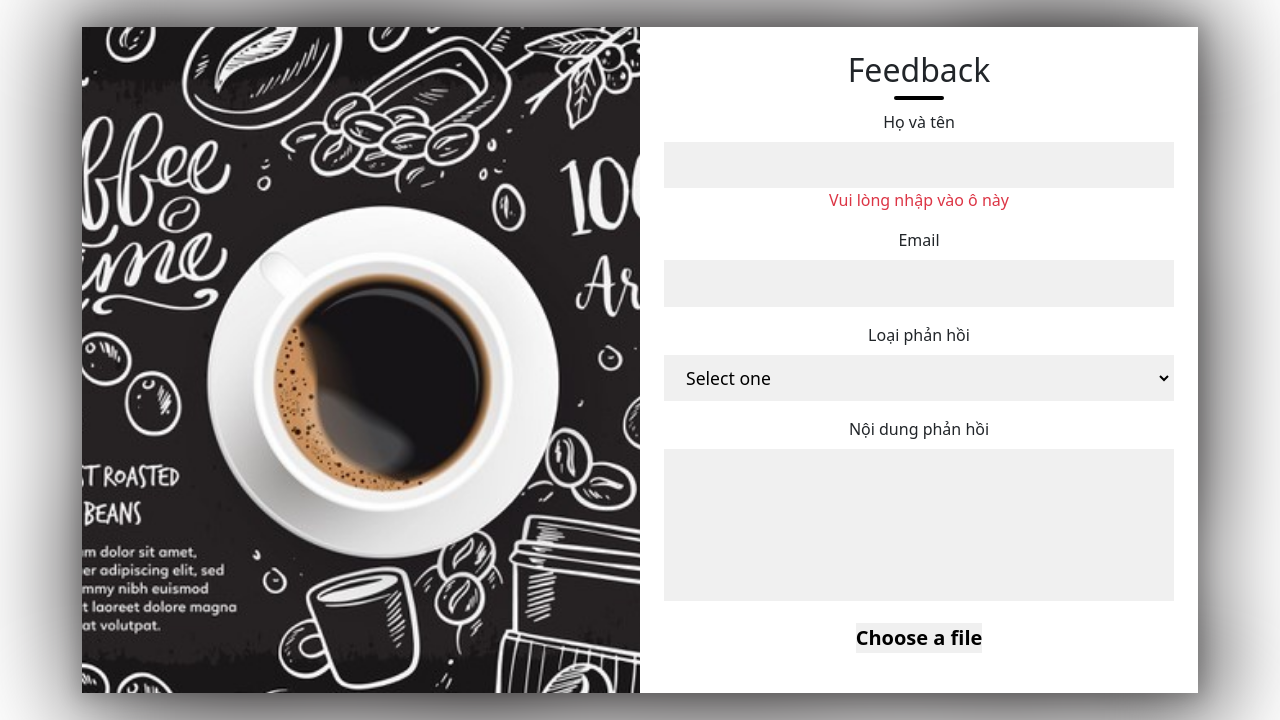
Repository: LeDongGyC/html-css
Page: HTML CSS/prototype/index.html
These files come from the project's save history. The page is drawn as it stood at one moment and after a run of saves; the edit follows.
The browser window is 1280 px wide. The pictures show the whole page.
The style sheet was rebuilt from its Sass, Less or Tailwind sources for each picture, by a compiler version that may differ from the author's.

Above is the page before, as saved 2023-05-24 10:38:16.

### HTML CSS/prototype/index.html
<!doctype html>
<html lang="en">

<head>
  <title>Title</title>
  <!-- Required meta tags -->
  <meta charset="utf-8">
  <meta name="viewport" content="width=device-width, initial-scale=1, shrink-to-fit=no">
  <link rel="stylesheet" href="style.css">
  <link rel="stylesheet" href="reset.css">
  <!-- <script src="index.js"></script> Bootstrap CSS v5.2.1 -->
  <script>
    var inputs = document.querySelectorAll('.inputfile');
    Array.prototype.forEach.call(inputs, function (input) {
      var label = input.nextElementSibling,
        labelVal = label.innerHTML;
      input.addEventListener('change', function (e) {
        var fileName = '';
        if (this.files && this.files.length > 1)
          fileName = (this.getAttribute('data-multiple-caption') || '').replace('{count}', this.files.length);
        else
          fileName = e.target.value.split('\\').pop();

        if (fileName)
          label.querySelector('span').innerHTML = fileName;
        else
          label.innerHTML = labelVal;
      });
    });
  </script>
  <link href="https://cdn.jsdelivr.net/npm/bootstrap@5.2.1/dist/css/bootstrap.min.css" rel="stylesheet"
    integrity="sha384-iYQeCzEYFbKjA/T2uDLTpkwGzCiq6soy8tYaI1GyVh/UjpbCx/TYkiZhlZB6+fzT" crossorigin="anonymous">

</head>

<body>
  <div class="container">
    <div class="feedback-box">
      <div class="feedback-box_left"></div>
      <div class="feedback-box_right">
        <h2 class="feedback-box_right-title">Feedback</h2>
        <div class="mb-3">
          <label for="name" class="form-label">Họ và tên</label>
          <input type="text" class=" feedback-box_right-item" name="" id="name" aria-describedby="helpId"
            placeholder="">
            <span class="text-danger">Vui lòng nhập vào ô này</span>
        </div>
        <div class="mb-3">
          <label for="email" class="form-label">Email</label>
          <input type="text" class=" feedback-box_right-item" name="" id="email" aria-describedby="helpId"
            placeholder="">
        </div>
        <div class="mb-3">
          <label for="typeFeedback" class="form-label">Loại phản hồi</label>
          <select class="feedback-box_right-item " name="" id="typeFeedback">
            <option selected disabled>Select one</option>
            <option value="" class="feedback-box_right-item-selected">Option 1</option>
            <option value="" class="feedback-box_right-item-selected">Option 2</option>
            <option value="" class="feedback-box_right-item-selected">Option 3</option>
          </select>
        </div>
        <div class="mb-3">
          <label for="feedback" class="form-label">Nội dung phản hồi</label>
          <textarea type="" class=" feedback-box_right-item" name="" id="feedback" aria-describedby="helpId"
            placeholder="" rows="5"></textarea>
        </div>
        <div class="mb-3">
          <input type="file" name="file" id="file" class="inputfile" data-multiple-caption="{count} files selected"
            multiple />
          <label for="file">Choose a file</label>
        </div>
      </div>
    </div>
  </div>
  <!-- Bootstrap JavaScript Libraries -->
  <!-- <script src="https://cdn.jsdelivr.net/npm/@popperjs/core@2.11.6/dist/umd/popper.min.js"
    integrity="sha384-oBqDVmMz9ATKxIep9tiCxS/Z9fNfEXiDAYTujMAeBAsjFuCZSmKbSSUnQlmh/jp3" crossorigin="anonymous">
    </script>

  <script src="https://cdn.jsdelivr.net/npm/bootstrap@5.2.1/dist/js/bootstrap.min.js"
    integrity="sha384-7VPbUDkoPSGFnVtYi0QogXtr74QeVeeIs99Qfg5YCF+TidwNdjvaKZX19NZ/e6oz" crossorigin="anonymous">
    </script> -->
</body>

</html>

### HTML CSS/prototype/style.scss
* {
  box-sizing: border-box;
}
html {
  font-size: 62.5%;
}
body {
  font-size: 1.6rem;
  font-family: "Arial", sans-serif;
  font-weight: normal;
  height: 100vh;
  width: 100%;
}
.container {
  position: relative;
  width: 100%;
  height: 100%;
  display: flex;
  justify-content: center;
  align-items: center;
  padding: 2rem 10rem;
  &::after {
    position: sticky;
    content: "";
    position: absolute;
    width: 100%;
    height: 100%;
    left: 0;
    top: 0;
    background: url("cafe.jpg") no-repeat center;
    background-size: cover;
    filter: blur(50px);
    z-index: -1;
  }
}
.feedback-box {
  max-width: 85rem;
  // min-width: 70vw;
  display: grid;
  grid-template-columns: repeat(2, 1fr);
  justify-content: center;
  align-items: center;
  text-align: center;
  background-color: #fff;
  box-shadow: 0px 0px 19px 5px rgba(0, 0, 0, 0.19);
  &_left {
    background: url("cafe.jpg") no-repeat center;
    display: block;
    background-size: cover;
    // object-fit: cover;
    height: 100%;
  }
  &_right {
    padding: 1.5rem;
    &-title {
      position: relative;
      padding: 0 0 10px;
      margin-bottom: 10px;
      &::after {
        content: "";
        position: absolute;
        left: 50%;
        bottom: 0;
        transform: translateX(-50%);
        height: 4px;
        width: 50px;
        border-radius: 2px;
        background-color: black;
      }
    }
    &-item {
      width: 100%;
      border: 2px solid rgba(0, 0, 0, 0);
      outline: none;
      background-color: rgba(230, 230, 230, 0.6);
      padding: 0.5rem 1rem;
      font-size: 1.1rem;
      //   margin-bottom: 22px;
      transition: 0.3s;
      &:hover {
        background-color: rgba(0, 0, 0, 0.1);
      }
      &:focus {
        border: 2px solid rgba(30, 85, 250, 0.47);
        background-color: #fff;
      }
      &:last-child {
        resize: none;
      }
    }
  }
}
.inputfile {
  width: 0.1px;
  height: 0.1px;
  opacity: 0;
  overflow: hidden;
  position: absolute;
  z-index: -1;
}
.inputfile + label {
  font-size: 1.25em;
  font-weight: 700;
  color: black;
  background-color: rgba(230, 230, 230, 0.6);
  display: inline-block;
  cursor: pointer;
}

.inputfile:focus + label,
.inputfile + label:hover {
  color: rgba(30, 85, 250, 0.47);
  background-color: rgba(0, 0, 0, 0.1);
}

Loaded but not shown: HTML CSS/prototype/reset.css (common file)

After the next 2 saves:
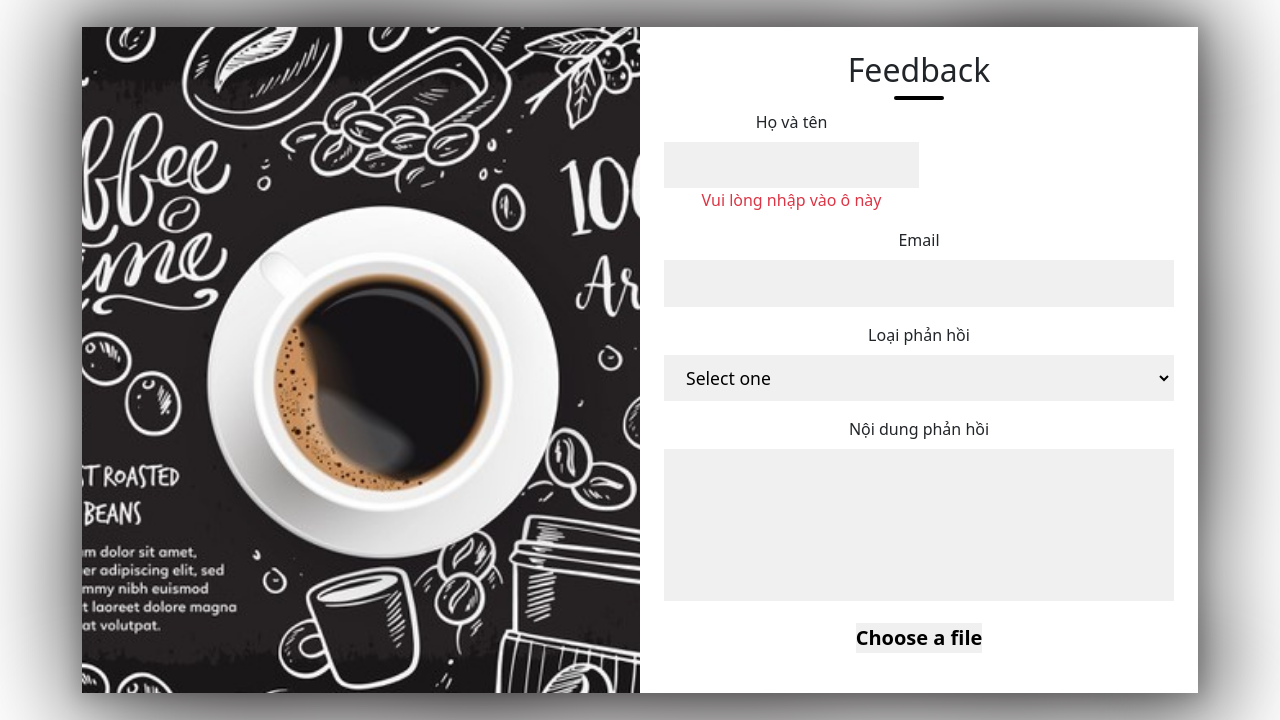
The 2 saves are shown as one change because they came seconds apart.
The last was saved 4 min 14 s later.
--- a/HTML CSS/prototype/index.html
+++ b/HTML CSS/prototype/index.html
@@ -39,7 +39,7 @@
       <div class="feedback-box_left"></div>
       <div class="feedback-box_right">
         <h2 class="feedback-box_right-title">Feedback</h2>
-        <div class="mb-3">
+        <div class="mb-3 col-md-6">
           <label for="name" class="form-label">Họ và tên</label>
           <input type="text" class=" feedback-box_right-item" name="" id="name" aria-describedby="helpId"
             placeholder="">
